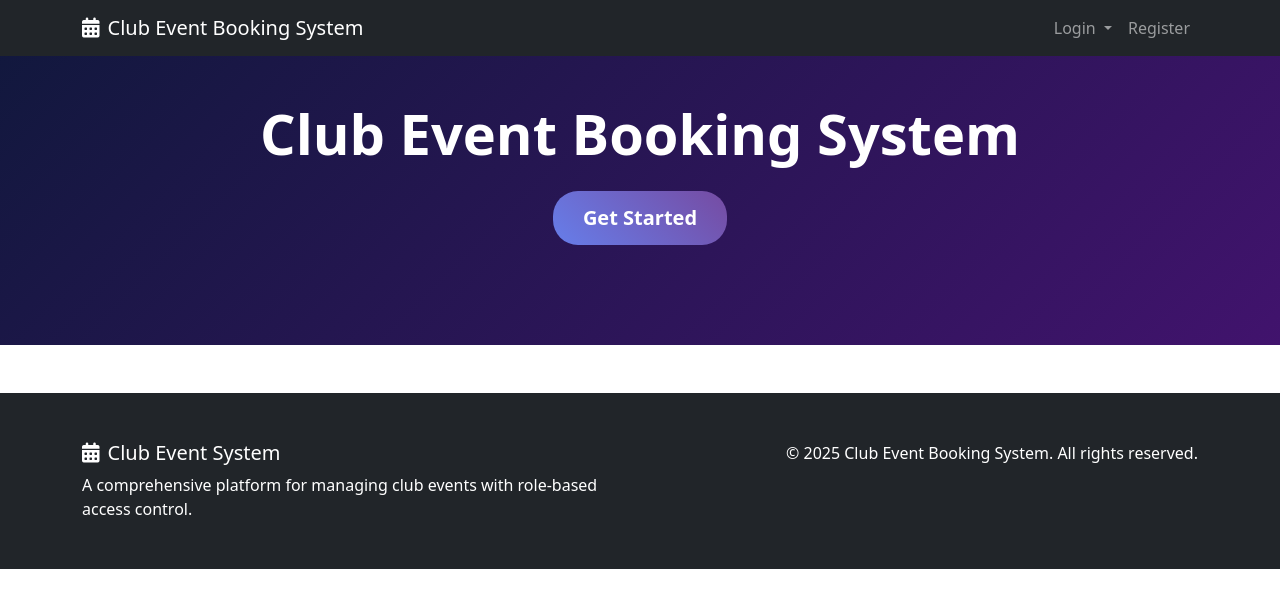
Repository: vipinsamy-sys/clubevent
Page: public/index.html
These files come from the project's save history. The page is drawn as it stood at one moment and after the next save; the edit follows.
The browser window is 1280 px wide. The pictures show the whole page.

Above is the page before, as saved 2025-10-20 14:27:11.

After the next save:
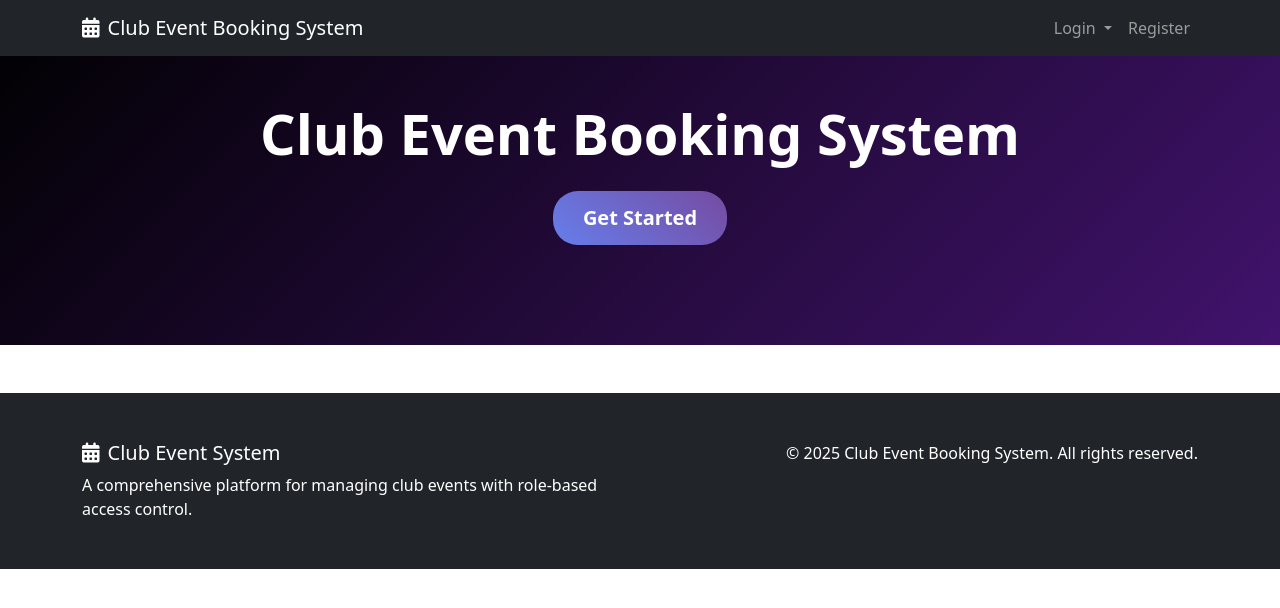
Saved 21 s later.
--- a/public/index.html
+++ b/public/index.html
@@ -8,7 +8,7 @@
     <link rel="stylesheet" href="https://cdnjs.cloudflare.com/ajax/libs/font-awesome/6.5.0/css/all.min.css">
     <style>
         .main-section {
-            background: linear-gradient(135deg, #10183c 0%, #41136d 100%);
+            background: linear-gradient(135deg, #000000 0%, #41136d 100%);
             color: white;
             padding: 100px 0;
             text-align: center;
